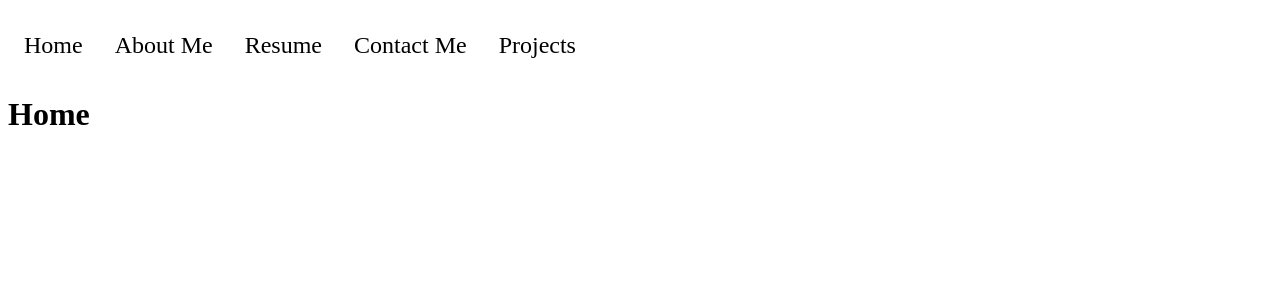
Repository: meganclapinski/meganclapinski.github.io
Page: contactme.html
The author's editor kept a record of every edit. The page is drawn from the files as they stood at one moment, then again after the next edit.
The browser window is 1280 px wide. The pictures show the whole page.

Above is the page before.

### contactme.html
<!DOCTYPE html>
<html>
   <head>
   <title>Megan's Portfolio</title>

   <link rel="stylesheet" type="text/css" href="style.css">

   </head>
   <body>
        <ul class="navbar">
            <li> <a href="index.html" >Home</a></li>
             <li> <a href="aboutme.html">About Me</a></li>
            <li> <a href="resume.html" >Resume</a></li>
            <li> <a href="contactme.html">Contact Me</a></li>

            <li class= "dropdown">
              <div>Projects</div>
              <ul class="dropdown-content">
                  <li> <a href="project1.html">Project 1</a></li>
                  <li> <a href="project2.html">Project 2</a></li>
                  <li> <a href="project3.html">Project 3</a></li>
                  </ul>
            </li>

        </ul>

        <h1>Home</h1>

### style.css
 .navbar{
           list-style:none;
           background-color:white;
           overflow: hidden;
           padding: 0;
       }
       .navbar a, .dropdown div {
           text-decoration:none;
           color:black;
           font-size: 24px;
           padding: 16px ;
           display:inline-block ;
       }
       .navbar li{
           float:left;

       }
       .navbar li:hover{
           background-color:#99ccff;
       }
       .dropdown-content{
           list-style:none;
           padding:0;
           display:none;
           position:absolute;
           z-index:1;
           background-color:#ccffb3;
       }
       .dropdown-content li{
           float:none;

       }
       .dropdown:hover .dropdown-content{
           display:block;
       }
        .active {
           background-color:#ccffb3;
       }

After the next edit:
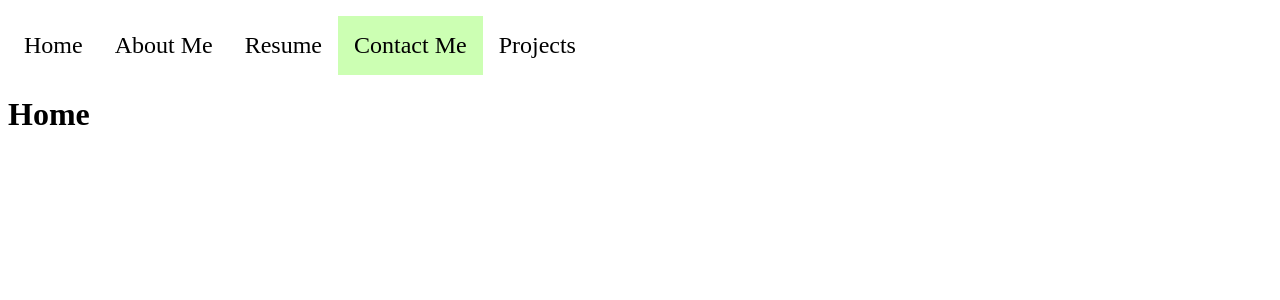
The edit:
--- a/contactme.html
+++ b/contactme.html
@@ -11,7 +11,7 @@
             <li> <a href="index.html" >Home</a></li>
              <li> <a href="aboutme.html">About Me</a></li>
             <li> <a href="resume.html" >Resume</a></li>
-            <li> <a href="contactme.html">Contact Me</a></li>
+            <li class="active"> <a href="contactme.html">Contact Me</a></li>
 
             <li class= "dropdown">
               <div>Projects</div>
